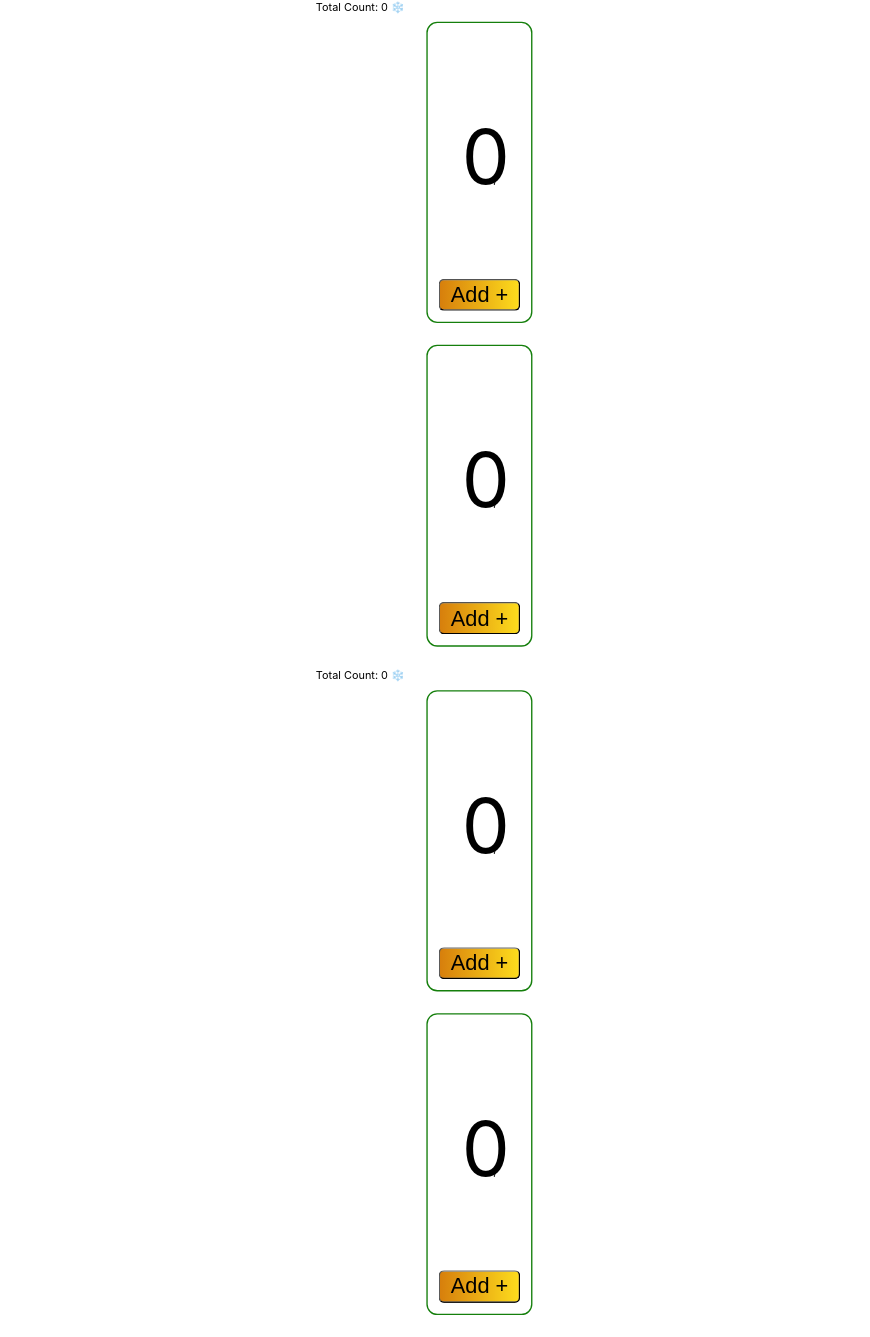
Repository: Yugayoung/css-example
Page: / (app in react/basic/)
The author's editor kept a copy of each file at every save. The page is drawn from the files as they stood at one save, then again after the next save.
The browser window is 1280 px wide. The pictures show the whole page, at 68% of full size.
The project was rebuilt for these pictures with package versions that can differ from the ones it lists, and the page was loaded fresh each time.

Above is the page before, as saved 2023-12-19 20:09:44.

### react/basic/src/index.js
import React from 'react';
import ReactDOM from 'react-dom/client';
import './index.css';
import reportWebVitals from './reportWebVitals';
import AppCounter from './AppCounter';

const root = ReactDOM.createRoot(document.getElementById('root'));
root.render(
  <React.StrictMode>
    <AppCounter />
    <AppCounter />
  </React.StrictMode>
);

// If you want to start measuring performance in your app, pass a function
// to log results (for example: reportWebVitals(console.log))
// or send to an analytics endpoint. Learn more: https://bit.ly/CRA-vitals
reportWebVitals();

### react/basic/src/AppCounter.jsx
import React, { useState } from 'react';
import Counter from './components/Counter';
import './App.css';

export default function AppCounter() {
  const [count, setCount] = useState(0);
  return (
    <div className='container'>
      <div className='banner'>
        Total Count: {count} {count > 10 ? '🔥' : '❄️'}
      </div>
      <div className='counters'>
        <Counter />
        <Counter />
      </div>
    </div>
  );
}

### react/basic/src/components/Counter.jsx
import React, { useState } from 'react';

export default function Counter({ total, onClick }) {
  const [count, setCount] = useState(0);
  return (
    <div className='counter'>
      <p className='number'>
        {count}
        <span className='total'>/{total}</span>
      </p>
      <button
        className='button'
        onClick={() => {
          setCount((prev) => prev + 1);
        }}
      >
        Add +
      </button>
    </div>
  );
}

### react/basic/src/App.css
.orange {
  color: orange;
}

.profile {
  position: relative;
  width: 300px;
  text-align: center;
  padding: 1rem;
  background-color: #ebebeb;
  border-radius: 20px;
  margin-bottom: 1rem;
  box-shadow: 17px 18px 5px 0px rgba(0, 0, 0, 0.75);
  -webkit-box-shadow: 17px 18px 5px 0px rgba(0, 0, 0, 0.75);
  -moz-box-shadow: 17px 18px 5px 0px rgba(0, 0, 0, 0.75);
}

.photo {
  width: 200px;
  height: 200px;
  border-radius: 100%;
}

.avatar {
  position: relative;
  width: 200px;
  height: 200px;
  margin: auto;
}

.new {
  position: absolute;
  left: 70%;
  top: 10%;
  background-color: aquamarine;
  padding: 0.2rem 0.5rem;
  border-radius: 0.5rem;
  text-transform: uppercase;
  font-weight: bold;
}

.container {
  display: flex;
  justify-content: center;
}

.counter {
  display: flex;
  flex-direction: column;
  align-items: center;
  margin: 2rem;
  padding: 1rem;
  border-radius: 1rem;
  border: 2px solid rgb(21, 127, 12);
}

.counter:hover {
  background-color: rgb(246, 243, 197);
}

.number {
  font-size: 7rem;
}

.button {
  font-size: 2rem;
  padding: 0.2rem 1rem;
  border-radius: 0.5rem;
  cursor: pointer;
  background: rgb(215, 127, 12);
  background: linear-gradient(
    90deg,
    rgba(215, 127, 12, 1) 0%,
    rgba(253, 220, 29, 1) 100%
  );
}

.total {
  font-size: 1rem;
  margin-left: -1.5rem;
}

Loaded but not shown: react/basic/public/index.html (common file); react/basic/src/index.css (common file); react/basic/src/reportWebVitals.js (common file)

After the next save:
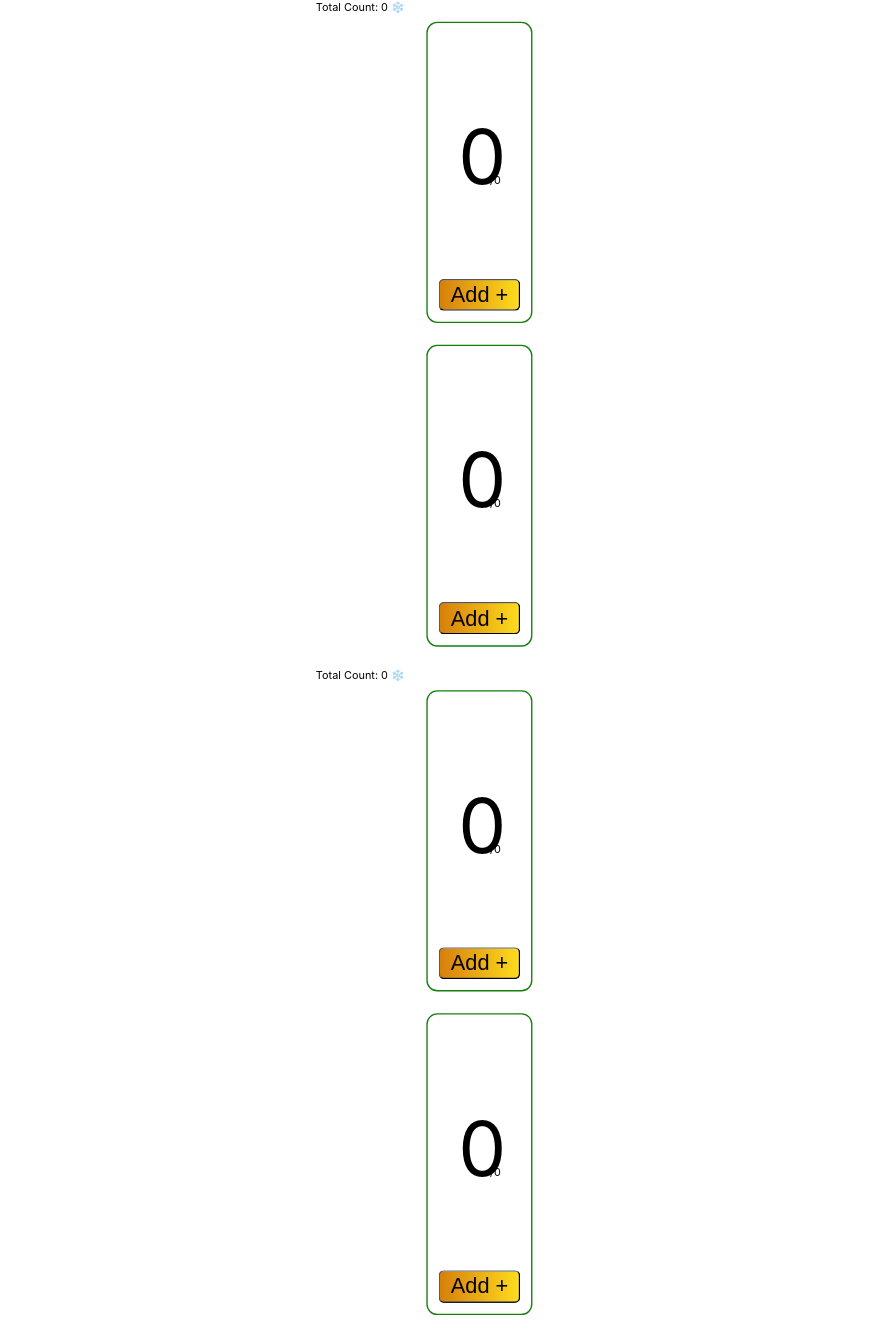
Saved 82 s later.
--- a/react/basic/src/AppCounter.jsx
+++ b/react/basic/src/AppCounter.jsx
@@ -4,14 +4,15 @@ import './App.css';
 
 export default function AppCounter() {
   const [count, setCount] = useState(0);
+  const handleClick = () => setCount((prev) => prev + 1);
   return (
     <div className='container'>
       <div className='banner'>
         Total Count: {count} {count > 10 ? '🔥' : '❄️'}
       </div>
       <div className='counters'>
-        <Counter />
-        <Counter />
+        <Counter total={count} onClick={handleClick} />
+        <Counter total={count} onClick={handleClick} />
       </div>
     </div>
   );
